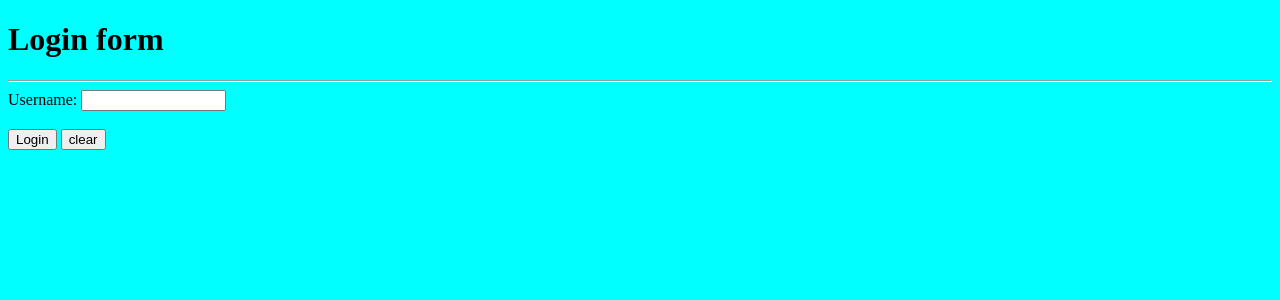
Repository: HariniBhuvana/Day8
Page: LogInApp/WebContent/Regestration.html
An editor plug-in stored every save of this project. The page is shown before and after the next save, followed by the edit.
The browser window is 1280 px wide. The pictures show the whole page.

Above is the page before, as saved 2018-09-05 10:24:17.

### LogInApp/WebContent/Regestration.html
<!DOCTYPE html>
<html>
<head>
<meta charset="ISO-8859-1">
<title>Regsitration Html</title>
</head>

<body bgcolor="cyan">
<h1>Login form</h1>
<hr>
<form action="login" method="post">
<label>Username:</label>
<input type="text" name="username" size="15"/><br><br>
<input type="submit" value="Login"/>
<input type="reset" value="clear"/>

</form>
</body>

</html>

After the next save:
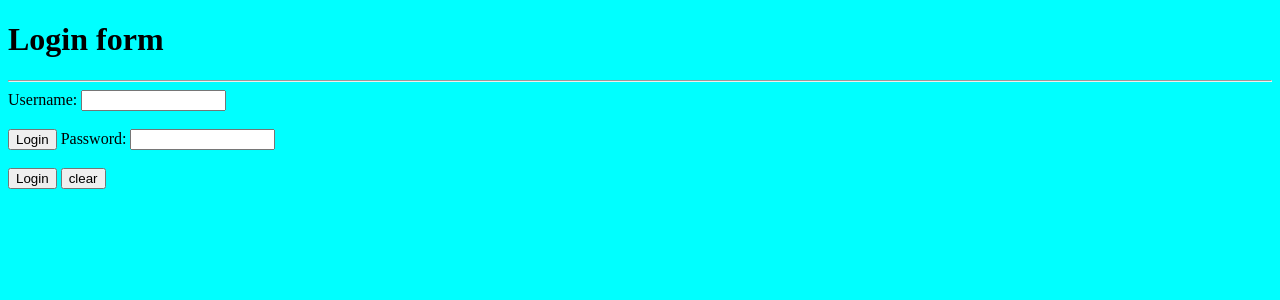
Saved 23 s later.
--- a/LogInApp/WebContent/Regestration.html
+++ b/LogInApp/WebContent/Regestration.html
@@ -12,6 +12,10 @@
 <label>Username:</label>
 <input type="text" name="username" size="15"/><br><br>
 <input type="submit" value="Login"/>
+
+<label>Password:</label>
+<input type="password" name="password" size="15"/><br><br>
+<input type="submit" value="Login"/>
 <input type="reset" value="clear"/>
 
 </form>
